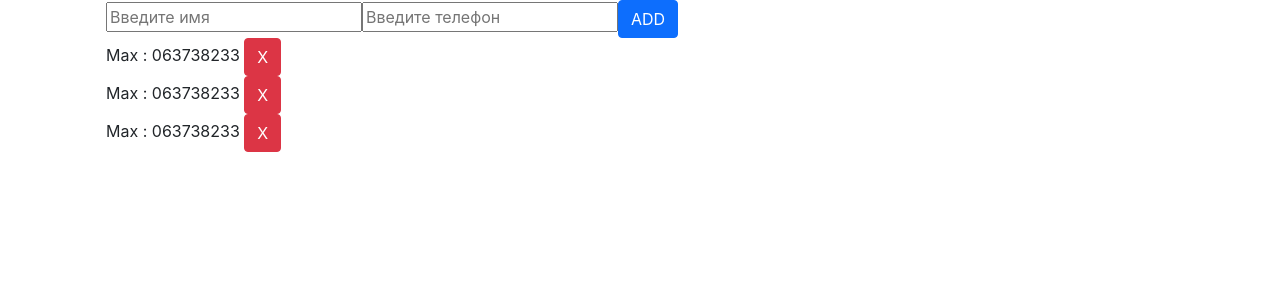
Repository: tsydikov/phone_book
Page: /
The author's editor kept a copy of each file at every save. The page is drawn from the files as they stood at one save, then again after the next save.
The browser window is 1280 px wide. The pictures show the whole page.
The project was rebuilt for these pictures with package versions that can differ from the ones it lists, and the page was loaded fresh each time. Also part of the build but not shown: src/App.css.

Above is the page before, as saved 2021-10-07 20:45:41.

### public/index.html
<!DOCTYPE html>
<html lang="en">
  <head>
    <meta charset="utf-8" />
    <meta name="viewport" content="width=device-width, initial-scale=1" />
    <meta name="theme-color" content="#000000" />
    <link
      rel="stylesheet"
      href="https://cdn.jsdelivr.net/npm/bootstrap@5.1.1/dist/css/bootstrap.min.css"
      integrity="sha384-F3w7mX95PdgyTmZZMECAngseQB83DfGTowi0iMjiWaeVhAn4FJkqJByhZMI3AhiU"
      crossorigin="anonymous"
    />
    <title>Briz test</title>
  </head>
  <body>
    <noscript>You need to enable JavaScript to run this app.</noscript>
    <div id="root"></div>
  </body>
</html>

### src/index.js
import React from "react";
import ReactDOM from "react-dom";
import "./index.css";
import App from "./App";
import { Provider } from "react-redux";
import { store } from "./store/reducer";



ReactDOM.render(
  <Provider store={store}>
    <App />
  </Provider>,
  document.getElementById("root")
);

### src/App.js
import React from "react";
import { Button, Col, Container, Row } from "react-bootstrap";
import { useDispatch, useSelector } from "react-redux";
import "./App.css";
import Form from "./components/Form";
import PhoneList from "./components/PhoneList";

function App() {
  const disatch = useDispatch();
  const phoneBook = useSelector((state) => state.phoneBook);
  return (
    <Container>
      <Row>
        <Col>
          <Form />
        </Col>
      </Row>
      <Row>
        <Col>
          <PhoneList />
        </Col>
      </Row>
    </Container>
  );
}

export default App;

### src/store/reducer.js
import { createStore } from "redux";
import { CREATE, DELETE, UPDATE } from "./types";

const defaultState = {
  phoneBook: [
    { id: 1, name: "Max", phoneNamber: "063738233" },
    { id: 2, name: "Max", phoneNamber: "063738233" },
    { id: 3, name: "Max", phoneNamber: "063738233" },
  ],
};

const reducer = (state = defaultState, action) => {
  switch (action.type) {
    case CREATE:
      return { ...state, phoneBook: [...state.phoneBook, action.payload] };
    case DELETE:
      return {
        ...state,
        phoneBook: state.phoneBook.filter(
          (phone) => phone.id !== action.payload
        ),
      };
    case UPDATE:
      return state;
    default:
      return state;
  }
};

export const store = createStore(reducer);

### src/components/Form.jsx
import React, { useState } from "react";
import { Button, Container } from "react-bootstrap";
import { useDispatch } from "react-redux";
import { addItem } from "../store/actions";

const Form = () => {
  const [name, setName] = useState("");
  const [phone, setPhone] = useState("");
  const dispatch = useDispatch();
  const addNewPhoneBookItem = () => {
    const newItem = {
      id: Date.now(),
      name: name,
      phoneNamber: phone,
    };
    if (name && phone) {
      dispatch(addItem(newItem));
      setName("");
      setPhone("");
    } else alert('поле имя и телефон должно быть заполнено')
  };
  return (
    <Container>
      <input
      type="text"
        value={name}
        placeholder="Введите имя"
        onChange={(e) => setName(e.target.value)}
      />
      <input
      type="number"
        value={phone}
        placeholder="Введите телефон"
        onChange={(e) => setPhone(e.target.value)}
      />
      <Button onClick={addNewPhoneBookItem}>ADD</Button>
    </Container>
  );
};

export default Form;

### src/components/PhoneList.jsx
import React from 'react';
import { useSelector } from 'react-redux';
import PhoneItem from './PhoneItem';

const PhoneList = () => {
    const phoneBook = useSelector((state) => state.phoneBook);
    return (
        <div>
            {phoneBook.map(phone =>
                <PhoneItem key={phone.id} phone={phone} />
            )}

        </div>
    );
};

export default PhoneList;

### src/store/types.js
export const CREATE = "CREATE";
export const UPDATE = "UPDATE";
export const DELETE = "DELETE";

### src/store/actions.js
import { CREATE, DELETE, UPDATE } from "./types";

export const addItem = (item) => ({ type: CREATE, payload: item });
export const deleteItem = (id) => ({ type: DELETE, payload: id });
export const updateItem = (item) => ({ type: UPDATE, payload: item });

### src/components/PhoneItem.jsx
import React from "react";
import { Button, Col, Container, Row } from "react-bootstrap";
import { useDispatch } from "react-redux";
import { deleteItem } from "../store/actions";

const PhoneItem = ({ phone }) => {
  const dispatch = useDispatch();
  const deletePhoneBookItem = () => {
    dispatch(deleteItem(phone.id));
  };
  return (
    <Container>
      <Row>
        <Col>
          {phone.name} : {phone.phoneNamber}{" "}
          <Button variant="danger" onClick={deletePhoneBookItem}>
            X
          </Button>
        </Col>
      </Row>
    </Container>
  );
};

export default PhoneItem;

Loaded but not shown: src/index.css (common file)

After the next save:
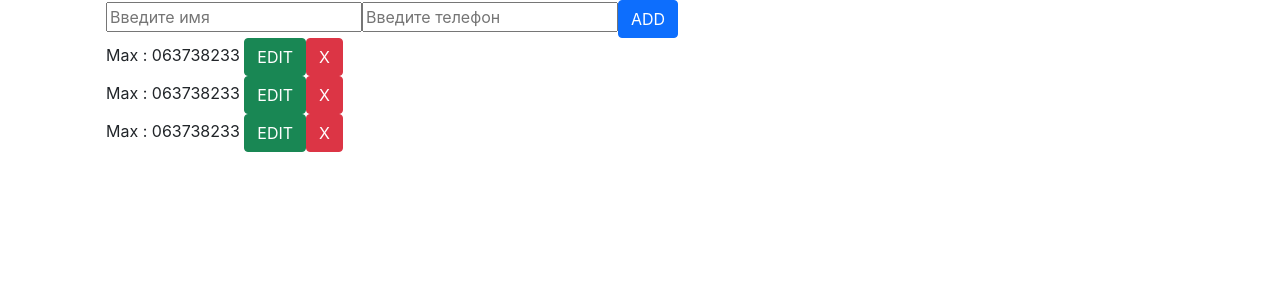
Saved 75 s later.
--- a/src/components/PhoneItem.jsx
+++ b/src/components/PhoneItem.jsx
@@ -13,6 +13,9 @@ const PhoneItem = ({ phone }) => {
       <Row>
         <Col>
           {phone.name} : {phone.phoneNamber}{" "}
+          <Button variant="success">
+            EDIT
+          </Button>
           <Button variant="danger" onClick={deletePhoneBookItem}>
             X
           </Button>
